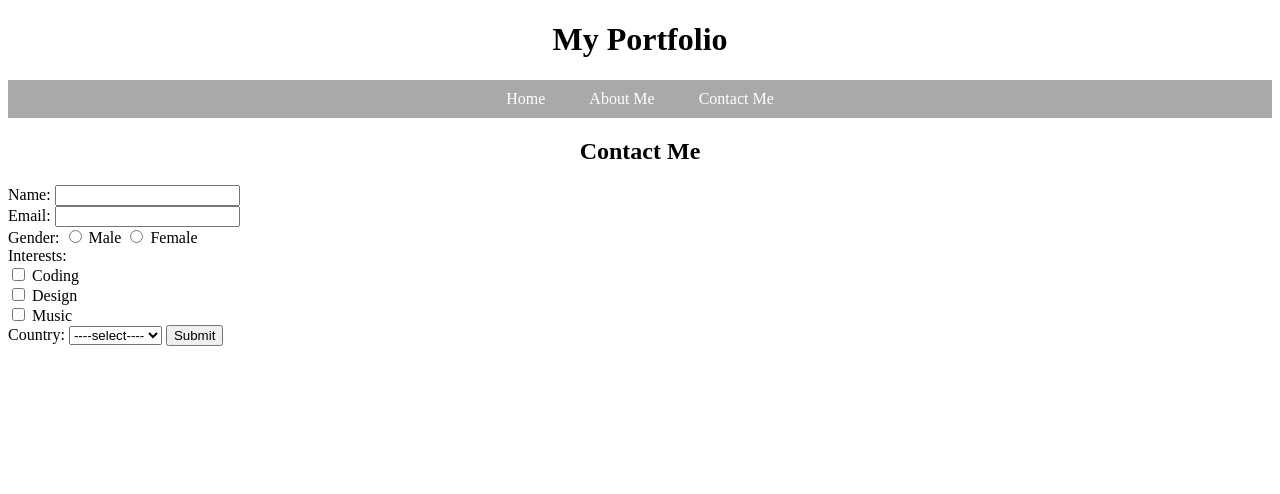
Repository: harshitanthal1/my_portfolio
Page: contactme.html
The author's editor kept a copy of each file at every save. The page is drawn from the files as they stood at one save, then again after the next save.
The browser window is 1280 px wide. The pictures show the whole page.

Above is the page before, as saved 2024-02-04 11:15:27.

After the next save:
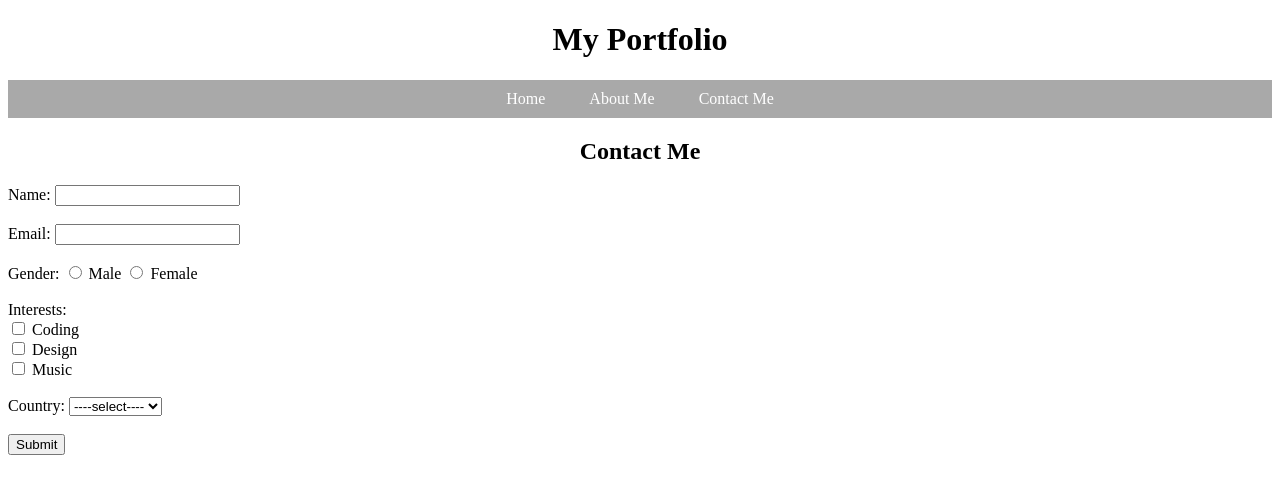
Saved 61 s later.
--- a/contactme.html
+++ b/contactme.html
@@ -19,20 +19,24 @@
     <label for="name">Name:</label>
     <input type="text" id="name" name="name" required>
     <br />
+    <br />
 
     <label for="email">Email:</label>
     <input type="email" id="email" name="email" required>
+    <br />
     <br />
 
     <label>Gender:</label>
     <label><input type="radio" name="gender" value="male"> Male</label>
     <label><input type="radio" name="gender" value="female"> Female</label>
     <br />
+    <br />
 
     <label for="interests">Interests:</label><br />
     <label><input type="checkbox" name="interests" value="coding"> Coding</label><br />
     <label><input type="checkbox" name="interests" value="design"> Design</label><br />
     <label><input type="checkbox" name="interests" value="music"> Music</label><br />
+    <br />
 
     <label for="country">Country:</label>
     <select id="country" name="country">
@@ -41,6 +45,8 @@
       <option value="canada">Canada</option>
       <option value="uk">UK</option>
     </select>
+    <br />
+    <br />
 
     <input type="submit" value="Submit">
   </form>
